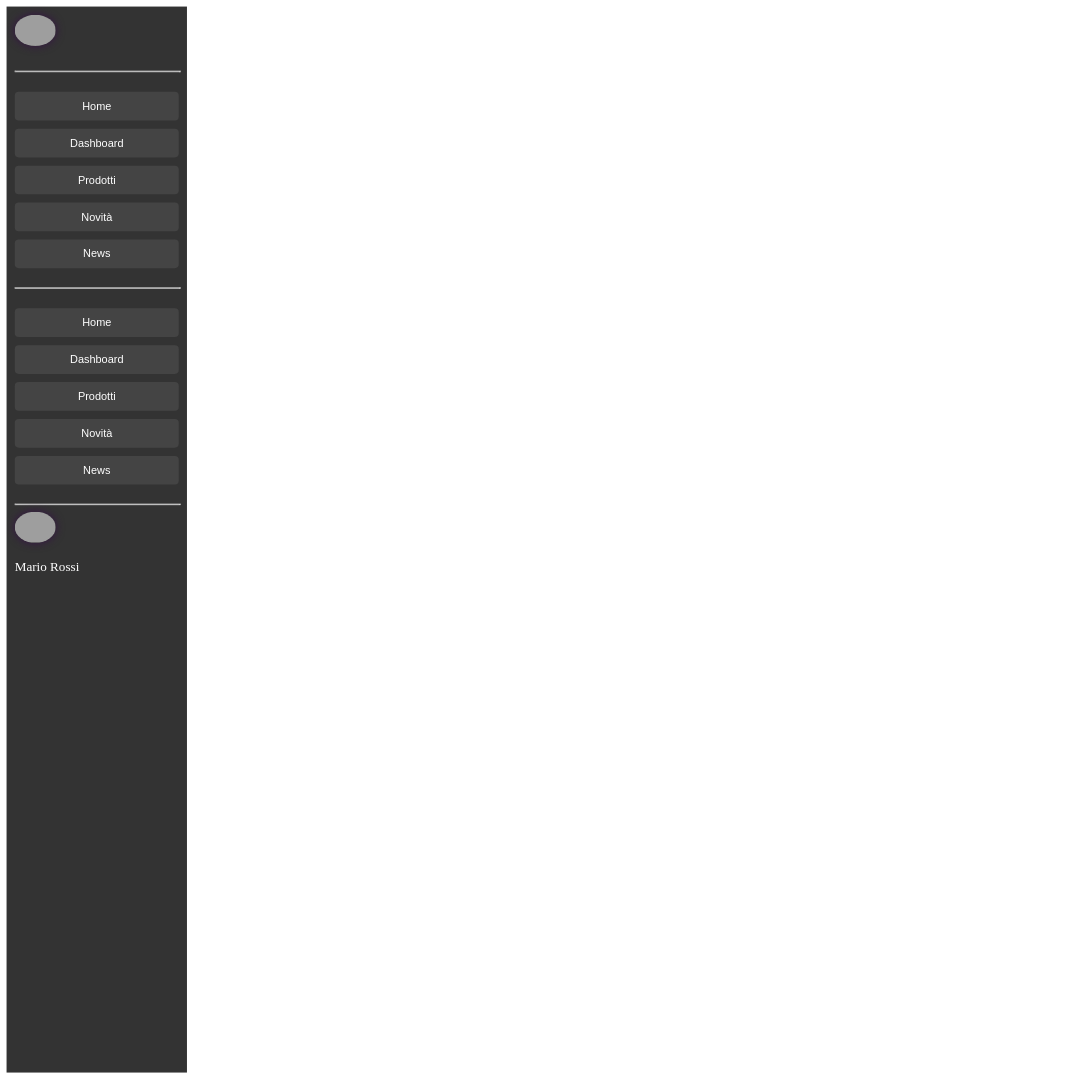
Repository: CryptoFamilyNFT/develhope
Page: css/flexbox/flexbox.html
The author's editor kept a copy of each file at every save. The page is drawn from the files as they stood at one save, then again after the next save.
The browser window is 1280 px wide. The page is 1280 px wide, then 1318 px, so the pictures cover 1318 px, including what lies to the right of the window. The pictures show the whole page, at 82% of full size.
Pictures or frames that could not be fetched are drawn as grey boxes.

Above is the page before, as saved 2024-11-14 11:56:34.

After the next save:
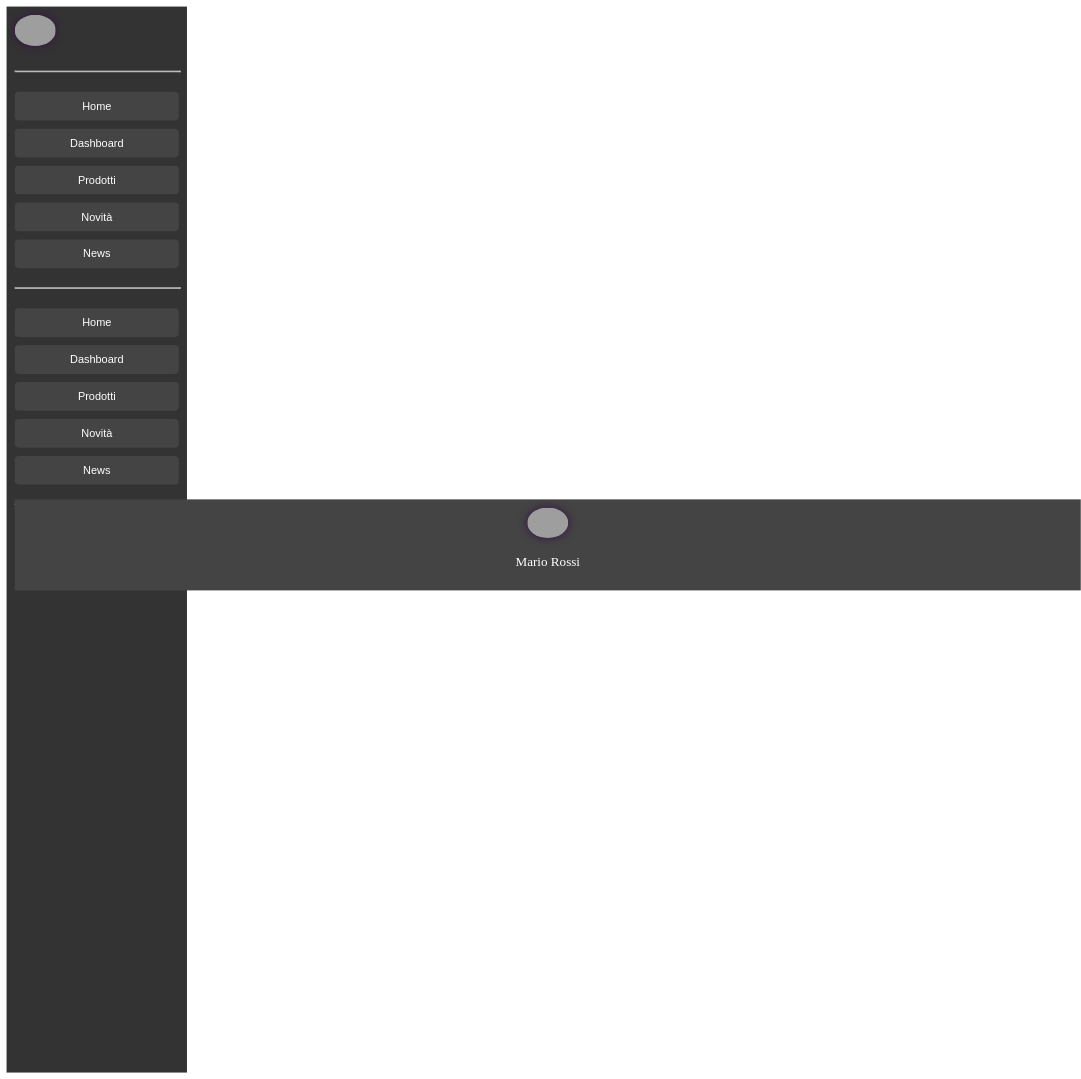
Saved 15 s later.
--- a/css/flexbox/flex.css
+++ b/css/flexbox/flex.css
@@ -67,6 +67,16 @@ li > .button-link {
     cursor: pointer;
 }
 
+.aside-footer{
+    position: absolute;
+    bottom: 0;
+    width: 100%;
+    padding: 10px;
+    background-color: #444;
+    color: #fff;
+    text-align: center;
+}
+
 @keyframes LightGame {
     0% {
         box-shadow: 0 0 10px 0 #fff;
